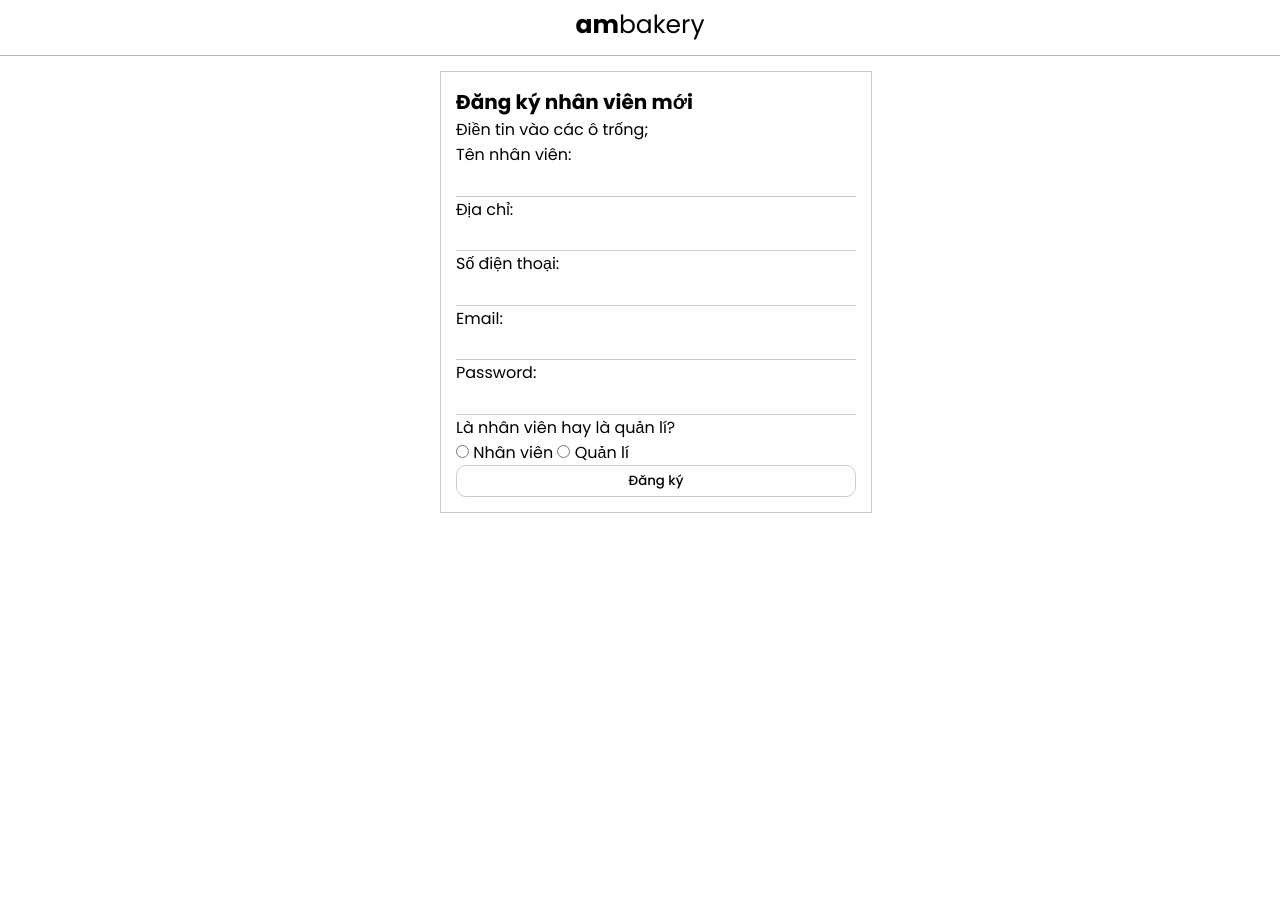
Repository: ntsanq/AmBakery
Page: http://localhost/j2school_Project/admin/dashboard_quanly/form_them_nhanvien.php
An editor plug-in stored every save of this project. The page is shown before and after the next save, followed by the edit.
The browser window is 1280 px wide. The pictures show the whole page.
The page is run by PHP 8.4 with error messages shown; the project is at /var/www/html/.

Above is the page before, as saved 2021-12-22 06:55:44.

After the next save:
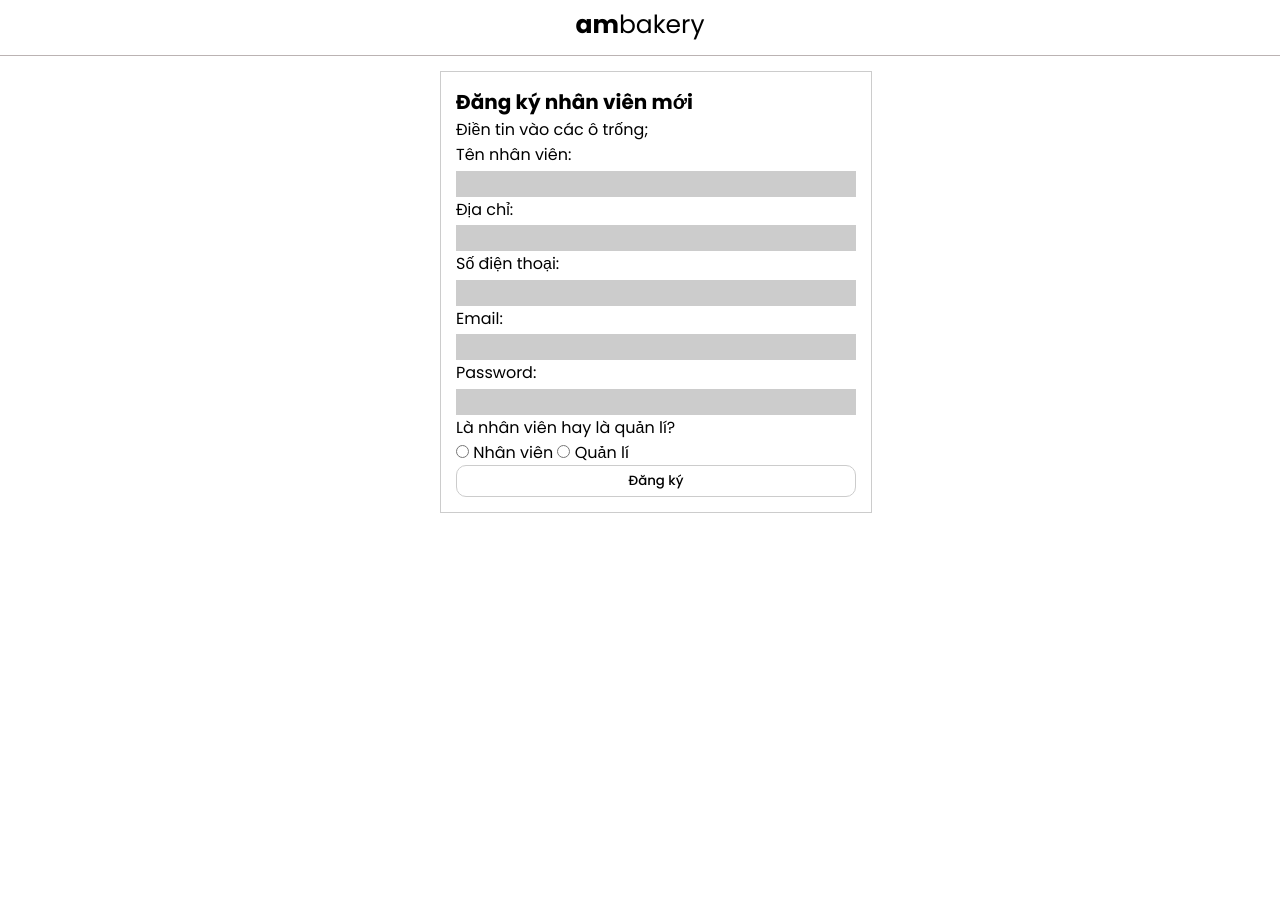
Saved 7 min 17 s later.
--- a/admin/dashboard_quanly/css/form.css
+++ b/admin/dashboard_quanly/css/form.css
@@ -59,6 +59,7 @@ form .input--form{
 	border: none;
 	padding-bottom: 0.5rem;
 	border-bottom: solid 1px #ccc;
+	background-color: rgb(204, 204, 204);
 }
 .input--form:focus{
 	outline: none;
